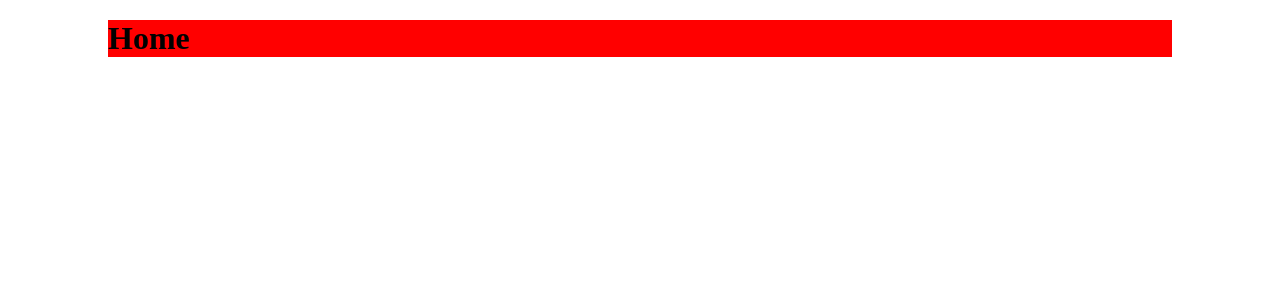
Repository: Arkitecth/news-webpage
Page: index.html
The author's editor kept a copy of each file at every save. The page is drawn from the files as they stood at one save, then again after the next save.
The browser window is 1280 px wide. The pictures show the whole page.

Above is the page before, as saved 2023-06-06 16:31:52.

### index.html
<!DOCTYPE html>
<html lang="en">
<head>
  <meta charset="UTF-8">
  <meta name="viewport" content="width=device-width, initial-scale=1.0"> <!-- displays site properly based on user's device -->
  <title>News homepage</title>
  <link rel="stylesheet" href="style.css">
  <link rel="stylesheet" media="screen and (max-width:768px)" href="mobile.css">
</head>
<body>

  <h1> Home </h1>
  <!-- New
  Popular
  Trending
  Categories

  The Bright Future of Web 3.0?

  We dive into the next evolution of the web that claims to put the power of the platforms back into the hands of the people.
  But is it really fulfilling its promise?

  Read more

  New

  Hydrogen VS Electric Cars
  Will hydrogen-fueled cars ever catch up to EVs?

  The Downsides of AI Artistry
  What are the possible adverse effects of on-demand AI image generation?

  Is VC Funding Drying Up?
  Private funding by VC firms is down 50% YOY. We take a look at what that means.

  01
  Reviving Retro PCs
  What happens when old PCs are given modern upgrades?

  02
  Top 10 Laptops of 2022
  Our best picks for various needs and budgets.

  03
  The Growth of Gaming
  How the pandemic has sparked fresh opportunities. -->
</body>
</html>

### style.css
h1 {
    margin: 20px 100px;
    background-color: red;
}

### mobile.css
h1 {
    background-color: blue;
}

After the next save:
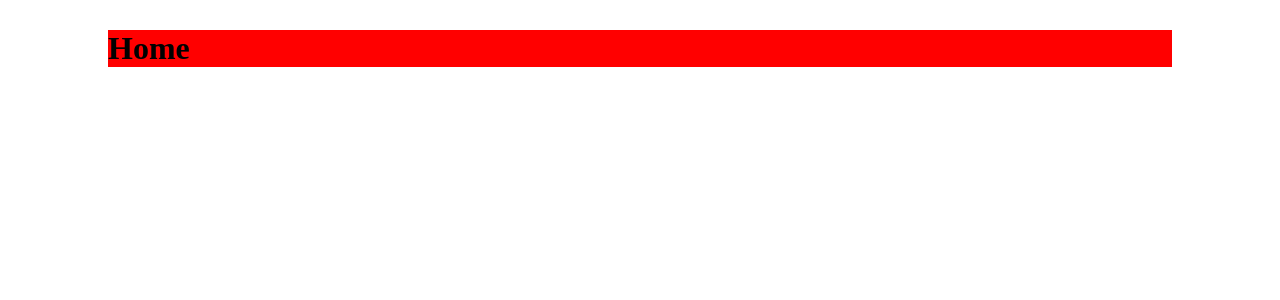
Saved 32 s later.
--- a/style.css
+++ b/style.css
@@ -1,4 +1,4 @@
 h1 {
-    margin: 20px 100px;
+    margin: 30px 100px;
     background-color: red;
 }

After the save that followed:
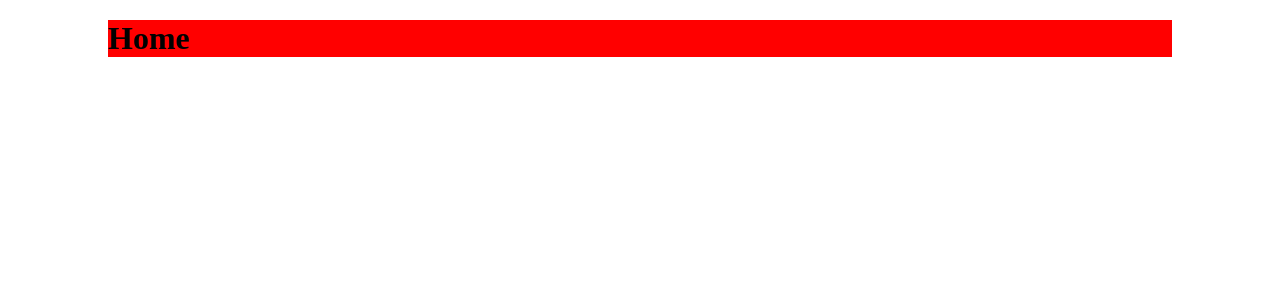
Saved 24 s later.
--- a/style.css
+++ b/style.css
@@ -1,4 +1,4 @@
 h1 {
-    margin: 30px 100px;
+    margin: 20px 100px;
     background-color: red;
 }
